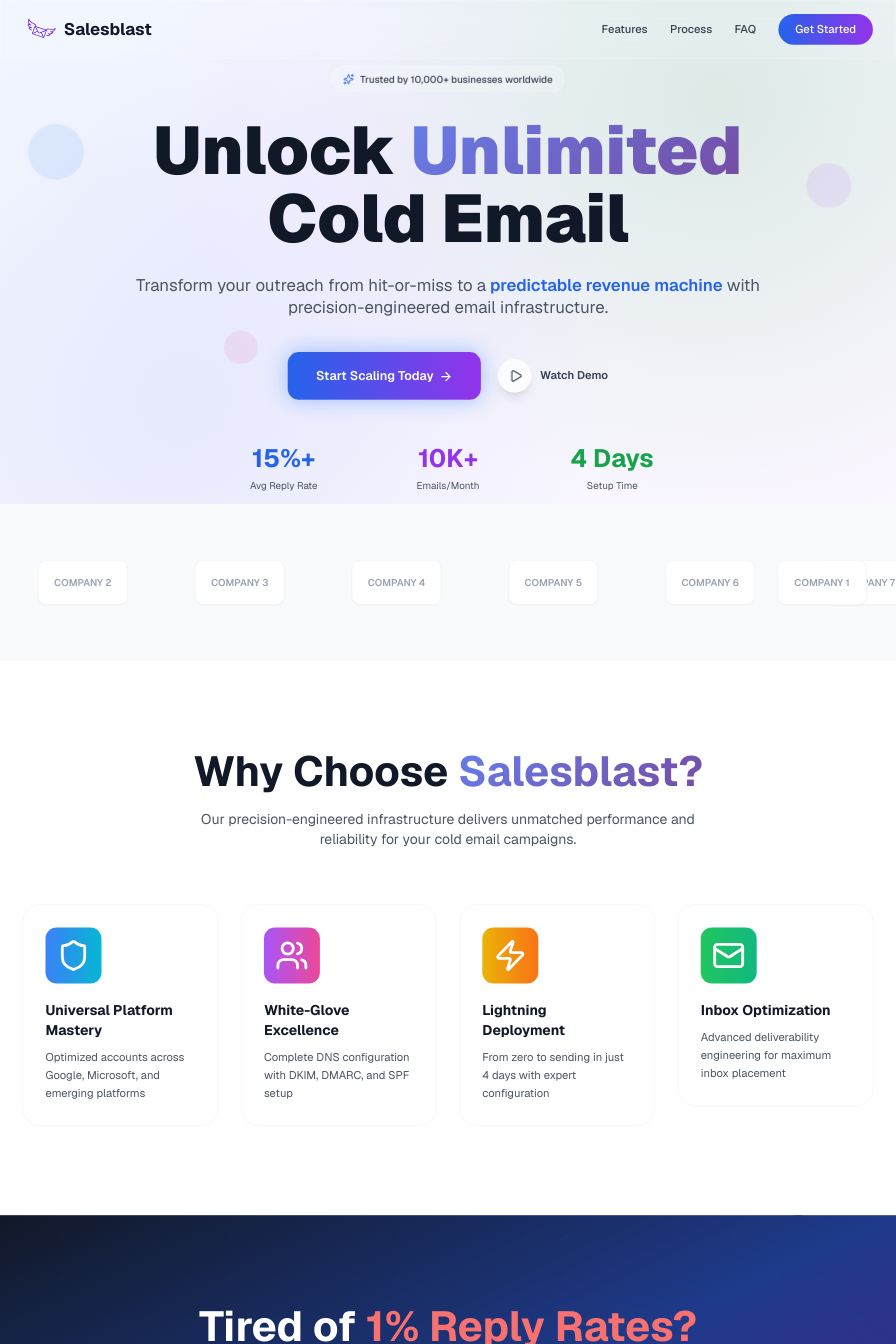
Repository: jomielcorpuz/Salesblast_india
Page: /
The author's editor kept a copy of each file at every save. The page is drawn from the files as they stood at one save, then again after the next save.
The browser window is 1280 px wide. The pictures show the part of the page from y = 0 to 1920 px (the page is 5553 px tall), at 70% of full size.
The project was rebuilt for these pictures with package versions that can differ from the ones it lists, and the page was loaded fresh each time. Some packages were replaced by stand-ins written for this rebuild. The framework's server and built-in components were replaced by stand-ins that run in the browser. Also part of the build but not shown: next.config.ts.

Above is the page before, as saved 2025-07-03 22:31:53.

After the next save:
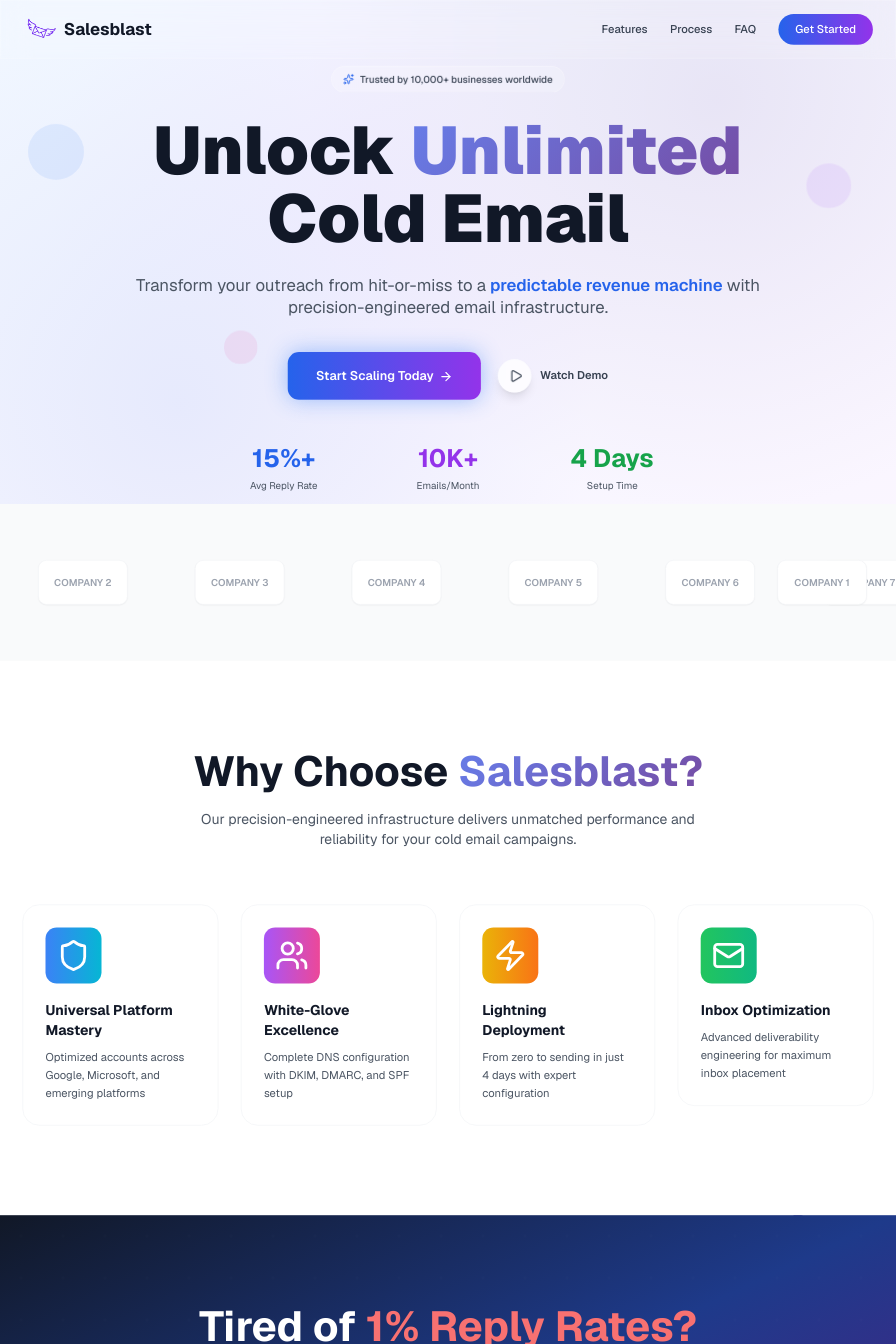
Saved 22 s later.
--- a/app/page.tsx
+++ b/app/page.tsx
@@ -216,7 +216,7 @@
               #667eea 0%,
               transparent 50%
             ),
-            radial-gradient(circle at 80% 20%, #008000 0%, transparent 50%),
+            radial-gradient(circle at 80% 20%, #764ba2 0%, transparent 50%),
             radial-gradient(circle at 40% 40%, #f093fb 0%, transparent 50%);
         }
       `}</style>
